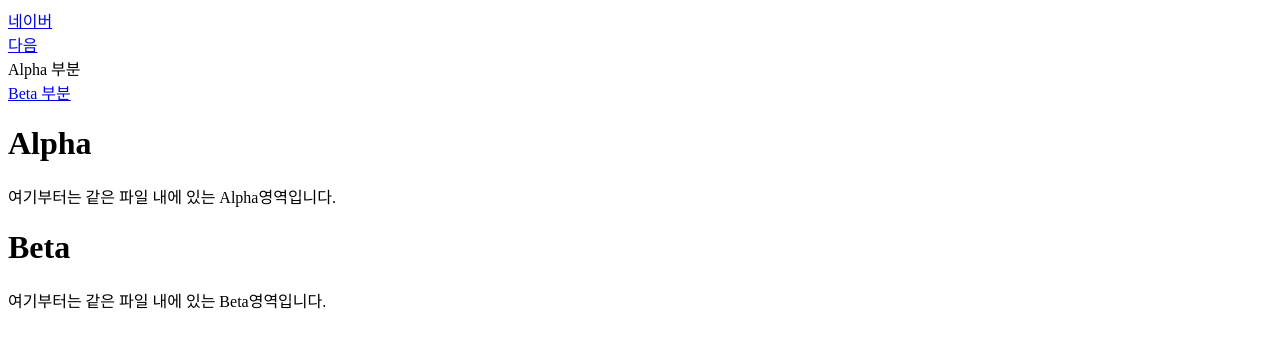
Repository: blinggg/html_git
Page: 0406/ex0406/WebContent/pr.html
These files come from the project's save history. The page is drawn as it stood at one moment and after the next save; the edit follows.
The browser window is 1280 px wide. The pictures show the whole page.

Above is the page before, as saved 2020-04-06 06:05:31.

After the next save:
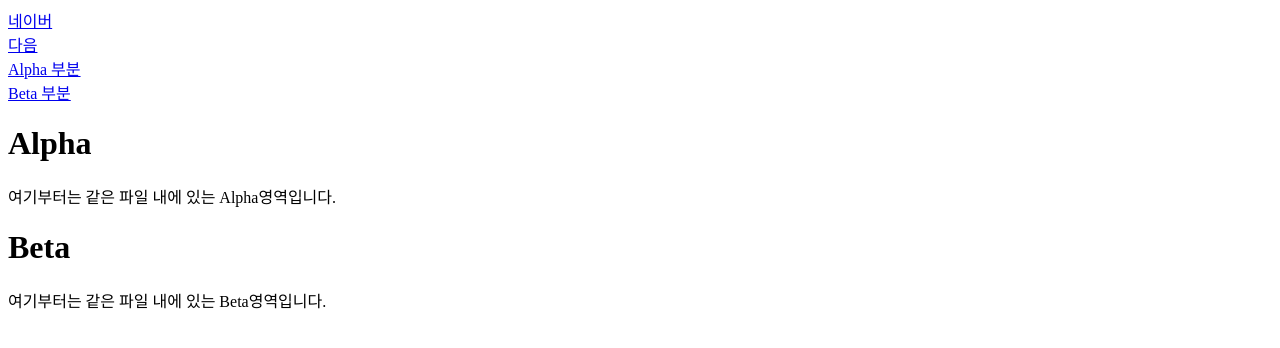
Saved 52 s later.
--- a/0406/ex0406/WebContent/pr.html
+++ b/0406/ex0406/WebContent/pr.html
@@ -4,7 +4,7 @@
 </head>
 <body>
  <a href="http://naver.com/">네이버</a><br/>
- <a href="http://daum.com/">다음</a><br/
+ <a href="http://daum.com/">다음</a><br/>
  <a href="#alpha">Alpha 부분</a><br/>
  <a href="#beta">Beta 부분</a><br/>
  <h1 id="alpha">Alpha</h1>
